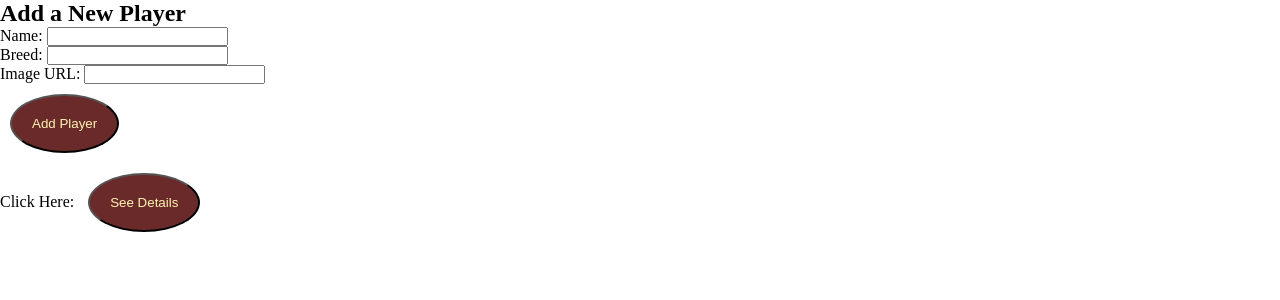
Repository: StaceyS27/puppybowl
Page: index.html
An editor plug-in stored every save of this project. The page is shown before and after a run of saves, followed by the edit.
The browser window is 1280 px wide. The pictures show the whole page.
The page's requests for data from a server got no answer.

Above is the page before, as saved 2023-09-03 13:46:47.

After the next 2 saves:
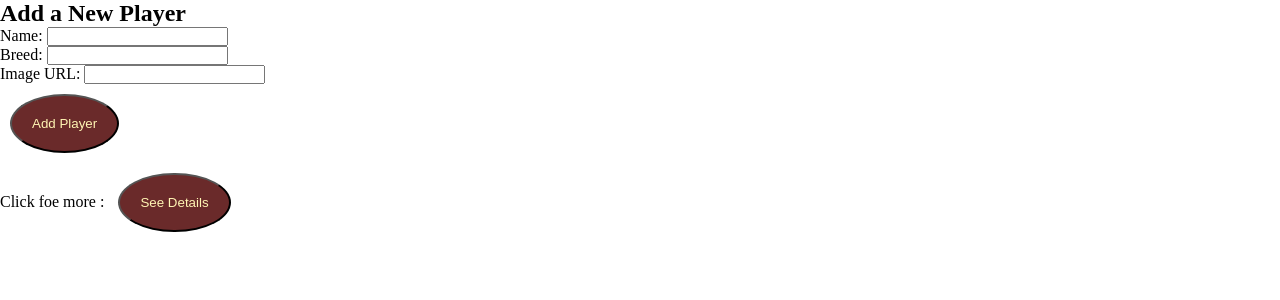
The 2 saves are shown as one change because they came seconds apart.
The last was saved 3 min 36 s later.
--- a/index.html
+++ b/index.html
@@ -19,7 +19,7 @@
     <button type="submit">Add Player</button>
     <main></main>
     <form id="See Details"></form>
-    <label for="See Details">Click Here:</label>
+    <label for="See Details">Click foe more :</label>
     <button type="See details">See Details</button>
     <script src="./script.js"></script>
   </body>
